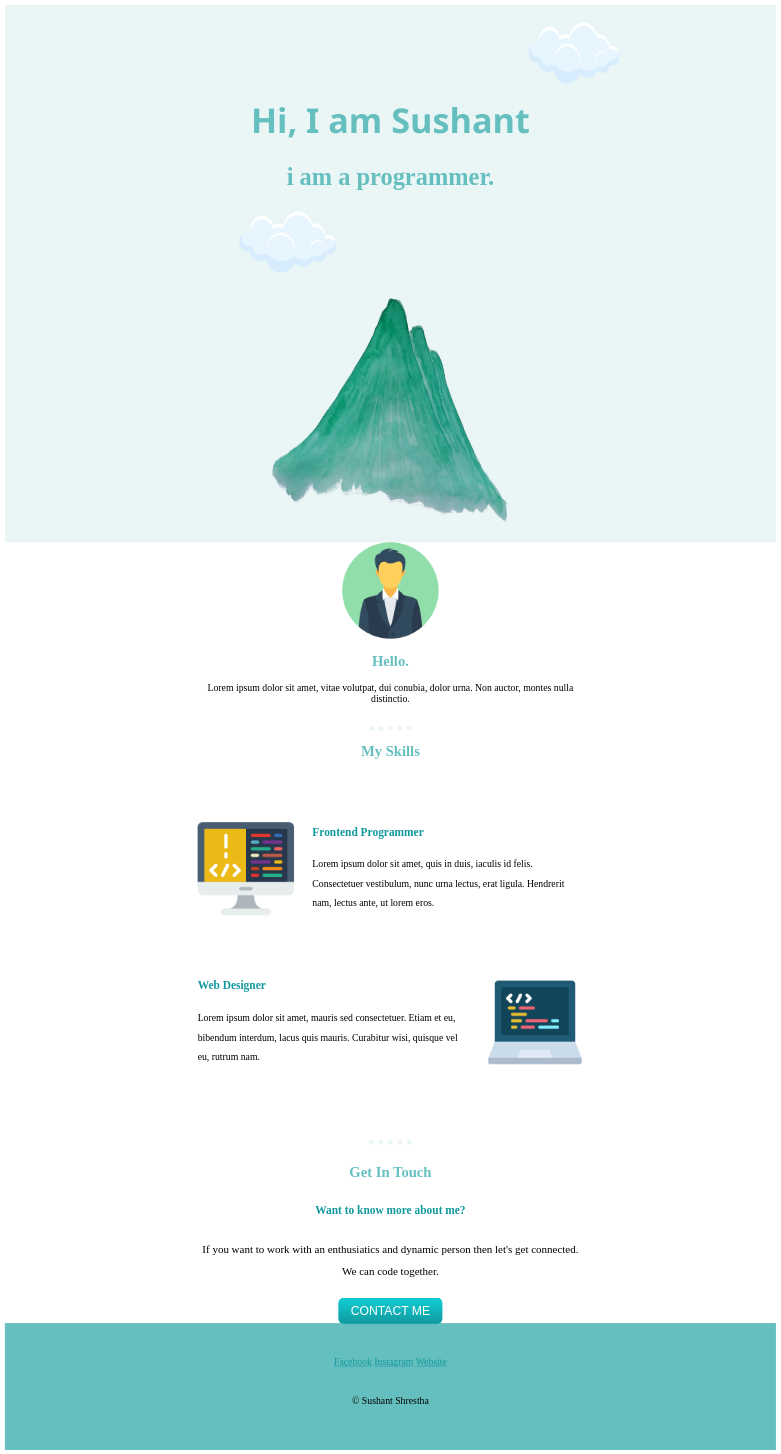
Repository: Sushant203/myPersonalSite
Page: index.html
The author's editor kept a copy of each file at every save. The page is drawn from the files as they stood at one save, then again after a run of saves.
The browser window is 1280 px wide. The pictures show the whole page, at 61% of full size.

Above is the page before, as saved 2022-12-13 19:23:24.

### index.html
<!DOCTYPE html>
<html lang="en">

<head>
    <meta charset="UTF-8">
    <meta http-equiv="X-UA-Compatible" content="IE=edge">
    <meta name="viewport" content="width=device-width, initial-scale=1.0">
    <title>Document</title>
    <link rel="stylesheet" href="\css\style.css">
    <link rel="favicon" href="favicon.ico">
</head>

<body>
    <div class="container">
        <div>
            <img class="top-cloud" src="cloud.png" alt="upper-cloud">
        </div>
        <div class="header-text">
            <h1>Hi, I am Sushant</h1>
            <h2>i am a programmer.</h2>
        </div>
        <div>
            <img class="bottom-cloud" src="cloud.png" alt="lower cloud">
            <img class="mountain-image" src="mountain-1.png" alt="mountain img">
        </div>
      </div>
        <!-- middle and end parts -->
        <div class="middle-container">
            <!-- profile section -->
            <div class="profile">
              <img src="profile.png" alt="profile picture">
              <h2>Hello.</h2>
              <p>Lorem ipsum dolor sit amet, vitae volutpat, dui conubia, dolor urna. Non auctor, montes nulla distinctio.</p>
            </div>
            <hr>
            <!-- skill section -->
            <div class="skills">
              <h2>My Skills</h2>
              <div class="skill-row">
                <img class="img1" src="skill1.png" alt="coding">
                <h3>Frontend Programmer</h3>
                <p>Lorem ipsum dolor sit amet, quis in duis, iaculis id felis. Consectetuer vestibulum, nunc urna lectus, erat ligula. Hendrerit nam, lectus ante, ut lorem eros.</p>
              </div>
              <div class="skill-row">
                <img class="img2" src="skill2.png" alt="programmer">
                <h3>Web Designer</h3>
                <p class="skill-description">Lorem ipsum dolor sit amet, mauris sed consectetuer. Etiam et eu, bibendum interdum, lacus quis mauris. Curabitur wisi, quisque vel eu, rutrum nam.</p>
              </div>
            </div>
            <hr>
            <!-- contact section -->
            <div class="contact-me">
              <h2>Get In Touch</h2>
              <h3>Want to know more about me?</h3>
              <p class="text">If you want to work with an enthusiatics and dynamic person then let's get connected.<br>
              We can code together.</p>
              <a class="btn" href="mailto:clashofgames229@gmail.com">CONTACT ME</a>
            </div>
          </div>

          <!-- bottom section -->
          <div class="bottom-container">
            <a class="footer-link" href="https://www.facebook.com/">Facebook</a>
            <a class="footer-link" href="https://www.instagram.com/">Instagram</a>
            <a class="footer-link" href="https://www.appbrewery.co/">Website</a>
            <p>© Sushant Shrestha</p>
          </div>

</body>

</html>

### css/style.css
/* body{
    background-color: lightblue;

    } */
/* contaienr css starts */
.container{
    background-color: #EAF6F6;
    margin:  0;
    position: relative;
    text-align: center;
    padding-top: 100px;

}

.top-cloud{
    height: 100px;
    width: 150px;
    position: absolute;
    top: 4vh;
   right: 20vw;
}

.header-text{
display: inline-block;
/* position: absolute; */
/* margin: 70px; */
}

.header-text h1{
    font-family: 'Segoe UI', Tahoma, Geneva, Verdana, sans-serif;
    font-size: 3.5rem;
    margin: 50px auto 0 auto;
    color: #66BFBF;

}

.header-text h2{
    font-family:cursive;
    font-size: 2.5rem;
}

.bottom-cloud{
    height: 100px;
    width: 160px;
    position: absolute;
    /* top: 35vh; */
    left: 30vw;
}

.mountain-image{

    height: 430px;
    width: 400px;
    margin-top: 15vh;
}
/* container css ends */

/* middle container css starts */
/* profile section css starts */

.profile{
    width: 50%;
    position: relative;
    text-align: center;
    margin: 0 auto;
}
.profile img{
    width: 25%;
    display: inline-block;
}

h2{
    /* font-weight: normal; */
    color: #66BFBF;
}

h3,a{
    color: #11999E;
}

/* hr line css */
hr{
    border-style: none none dotted;
    border-color: #EAF6F6;
    border-width: 8px;
    width: 4%;
    padding: 10px;
}


.skills{

    position: relative;
    text-align: center;
}

.skill-row{
    margin: 100px auto;
    width: 50%;
    text-align: left;
    line-height:2;
}

.skill-row .img1{
    width: 25%;
    float: left;
    margin-right: 30px;
}
.img2{
    width: 25%;
    float: right;
    margin-left: 30px;
}
/* middle section css ends */
/* contact section css starts */

.contact-me{
    text-align: center;
    line-height: 2;
}
.text{
    font-size: 18px;
    padding: 9px;
}

/* BUTTON CSS */
.btn {
    background: #11cdd4;
    background-image: -webkit-linear-gradient(top, #11cdd4, #11999e);
    background-image: -moz-linear-gradient(top, #11cdd4, #11999e);
    background-image: -ms-linear-gradient(top, #11cdd4, #11999e);
    background-image: -o-linear-gradient(top, #11cdd4, #11999e);
    background-image: linear-gradient(to bottom, #11cdd4, #11999e);
    -webkit-border-radius: 8;
    -moz-border-radius: 8;
    border-radius: 8px;
    font-family: Arial;
    color: #ffffff;
    font-size: 20px;
    padding: 10px 20px 10px 20px;
    text-decoration: none;
  }

  .btn:hover {
    background: #30e3cb;
    background-image: -webkit-linear-gradient(top, #30e3cb, #2bc4ad);
    background-image: -moz-linear-gradient(top, #30e3cb, #2bc4ad);
    background-image: -ms-linear-gradient(top, #30e3cb, #2bc4ad);
    background-image: -o-linear-gradient(top, #30e3cb, #2bc4ad);
    background-image: linear-gradient(to bottom, #30e3cb, #2bc4ad);
    text-decoration: none;
  }
  /* conatct section css ends */

  /* bottom section starts */

  .bottom-container{
    text-align: center;
    padding: 40px;
    line-height: 3;
    background-color: #66BFBF;
  }
  .footer-link{
    row-gap: 10px;
    color: #11999E;
  }

After the next 3 saves:
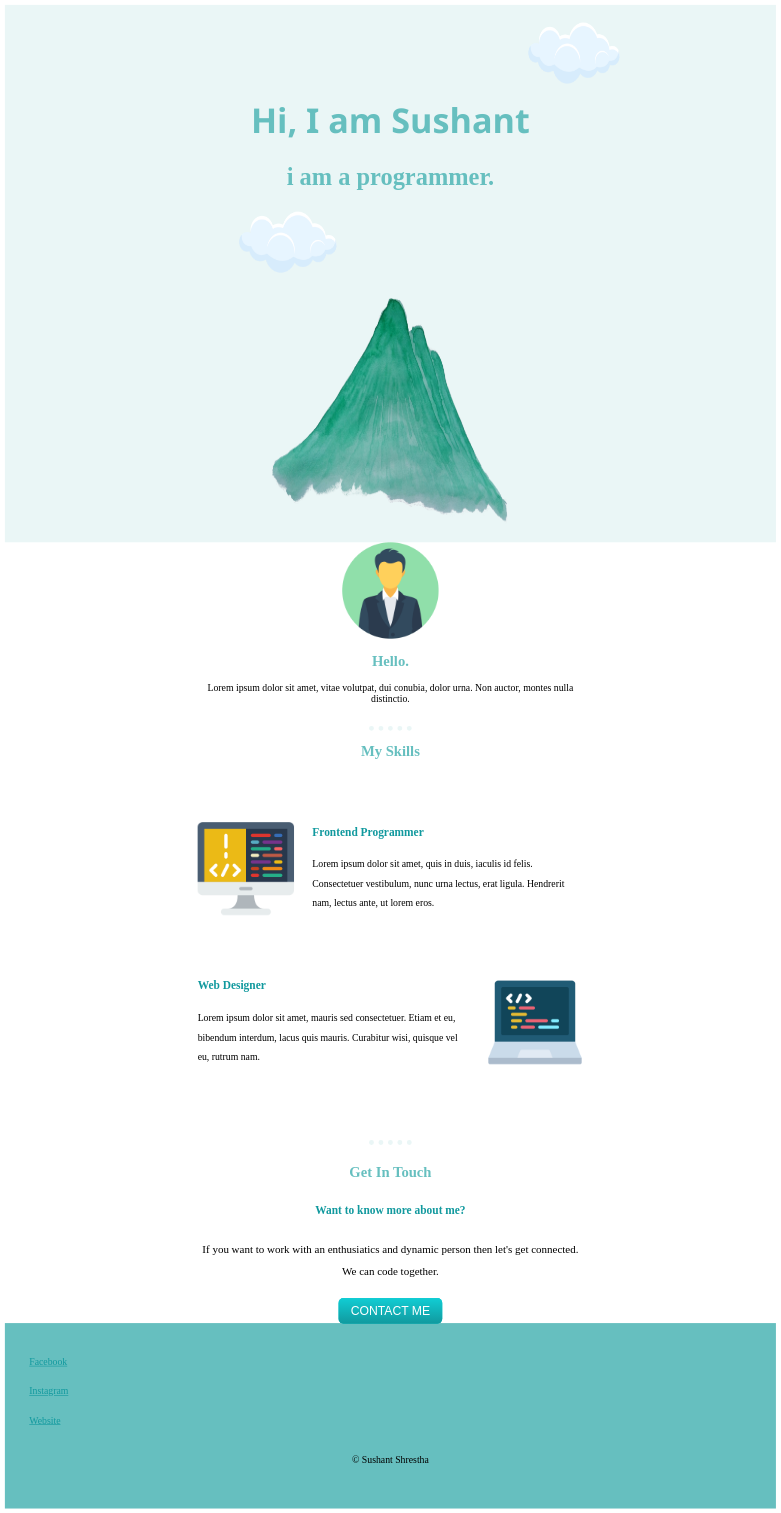
The 3 saves are shown as one change because they came seconds apart.
The last was saved 46 s later.
--- a/css/style.css
+++ b/css/style.css
@@ -161,6 +161,6 @@
     background-color: #66BFBF;
   }
   .footer-link{
-    row-gap: 10px;
+    display: flex;
     color: #11999E;
   }

After the 3 saves that followed:
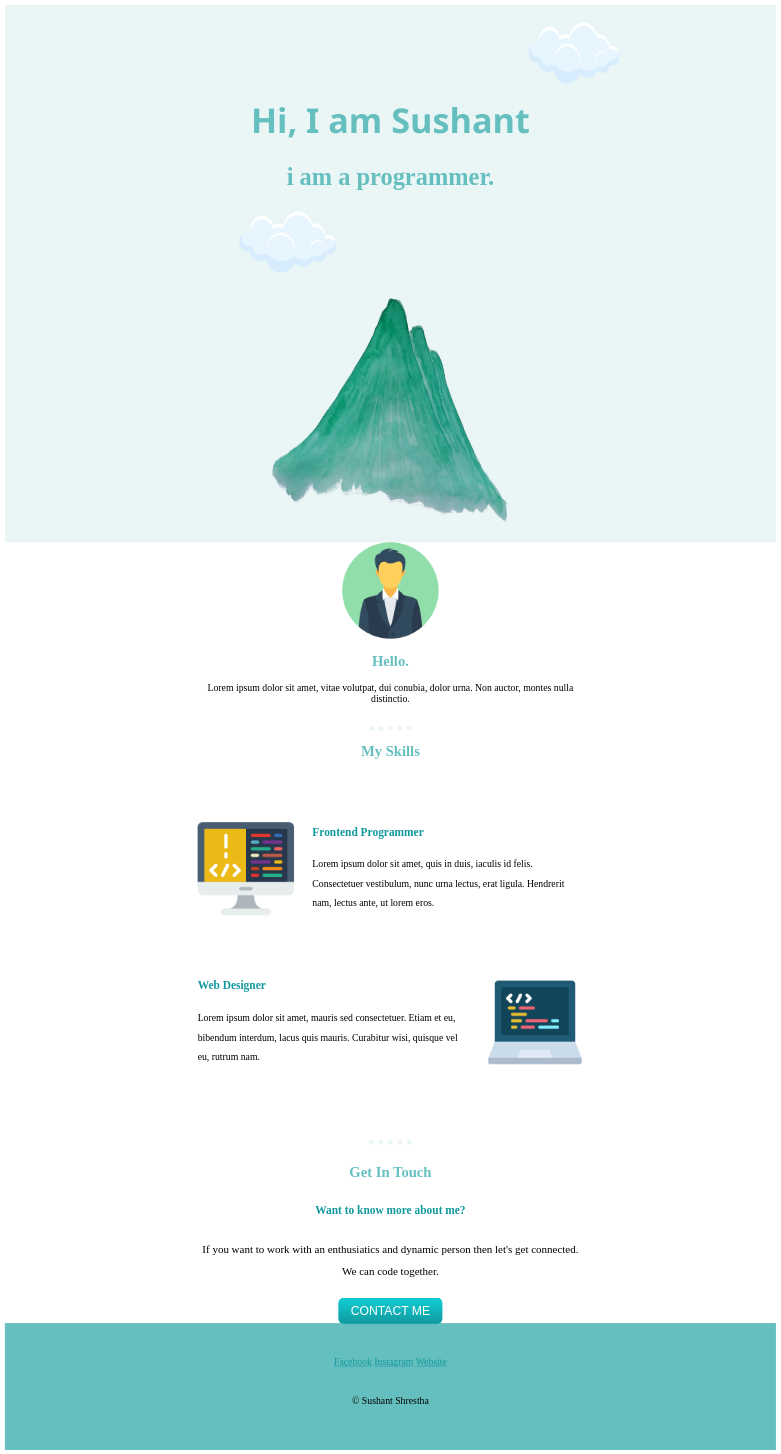
The 3 saves are shown as one change because 1 left the picture as it was and some came seconds apart.
The last was saved 13 s later.
--- a/css/style.css
+++ b/css/style.css
@@ -161,6 +161,6 @@
     background-color: #66BFBF;
   }
   .footer-link{
-    display: flex;
+    display: flex flex-row;
     color: #11999E;
   }
